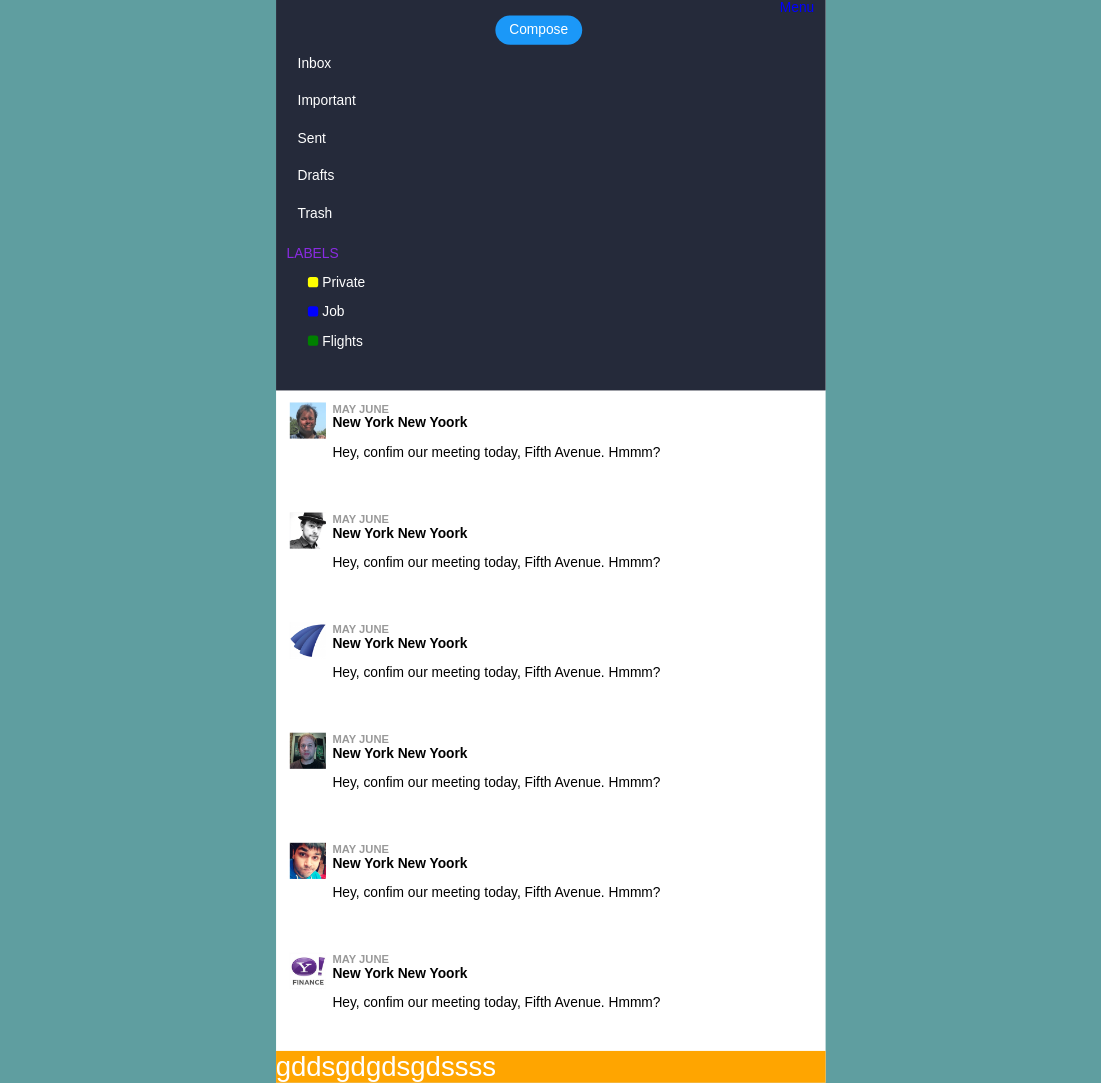
Repository: Gumiin/studia
Page: lesson4/index.html
An editor plug-in stored every save of this project. The page is shown before and after the next save, followed by the edit.
The browser window is 1280 px wide. The pictures show the whole page, at 86% of full size.

Above is the page before, as saved 2021-04-22 20:41:50.

After the next save:
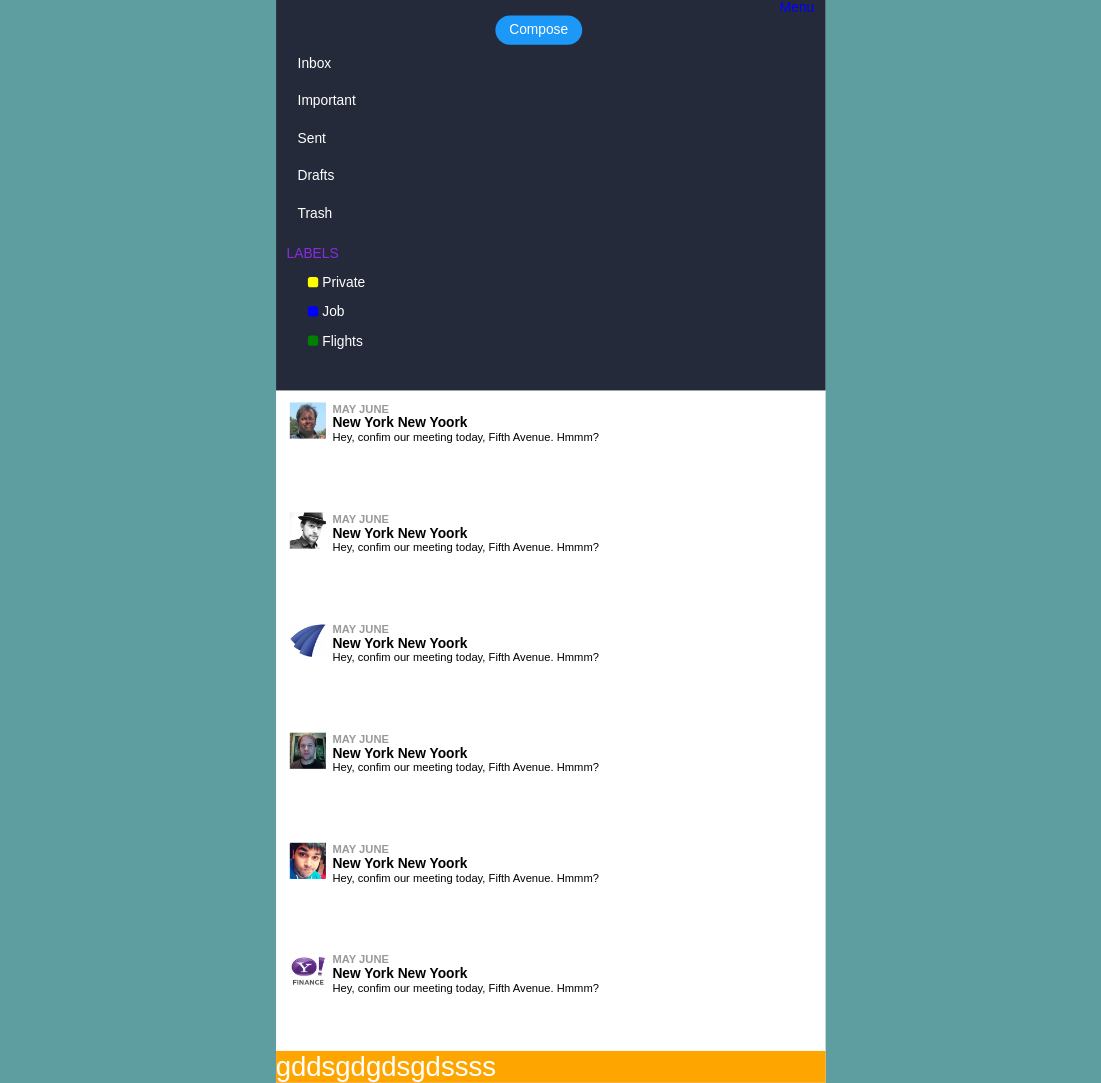
Saved 2 min 22 s later.
--- a/lesson4/index.html
+++ b/lesson4/index.html
@@ -43,7 +43,7 @@
             <div class="text">
                 <p class="sender">may june</p>
                 <p class="title">New York New Yoork</p>
-                <p class="messenege">Hey, confim our meeting today, Fifth Avenue. Hmmm? </p>
+                <p class="messenge">Hey, confim our meeting today, Fifth Avenue. Hmmm? </p>
             </div>
         </div>
         <div class="mail">
@@ -53,7 +53,7 @@
             <div class="text">
                 <p class="sender">may june</p>
                 <p class="title">New York New Yoork</p>
-                <p class="messenege">Hey, confim our meeting today, Fifth Avenue. Hmmm? </p>
+                <p class="messenge">Hey, confim our meeting today, Fifth Avenue. Hmmm? </p>
             </div>
         </div><div class="mail">
             <div class="avatar">
@@ -62,7 +62,7 @@
             <div class="text">
                 <p class="sender">may june</p>
                 <p class="title">New York New Yoork</p>
-                <p class="messenege">Hey, confim our meeting today, Fifth Avenue. Hmmm? </p>
+                <p class="messenge">Hey, confim our meeting today, Fifth Avenue. Hmmm? </p>
             </div>
         </div><div class="mail">
             <div class="avatar">
@@ -71,7 +71,7 @@
             <div class="text">
                 <p class="sender">may june</p>
                 <p class="title">New York New Yoork</p>
-                <p class="messenege">Hey, confim our meeting today, Fifth Avenue. Hmmm? </p>
+                <p class="messenge">Hey, confim our meeting today, Fifth Avenue. Hmmm? </p>
             </div>
         </div><div class="mail">
             <div class="avatar">
@@ -80,7 +80,7 @@
             <div class="text">
                 <p class="sender">may june</p>
                 <p class="title">New York New Yoork</p>
-                <p class="messenege">Hey, confim our meeting today, Fifth Avenue. Hmmm? </p>
+                <p class="messenge">Hey, confim our meeting today, Fifth Avenue. Hmmm? </p>
             </div>
         </div><div class="mail">
             <div class="avatar">
@@ -89,7 +89,7 @@
             <div class="">
                 <p class="sender">may june</p>
                 <p class="title">New York New Yoork</p>
-                <p class="messenege">Hey, confim our meeting today, Fifth Avenue. Hmmm? </p>
+                <p class="messenge">Hey, confim our meeting today, Fifth Avenue. Hmmm? </p>
             </div>
         </div>
     </div>
